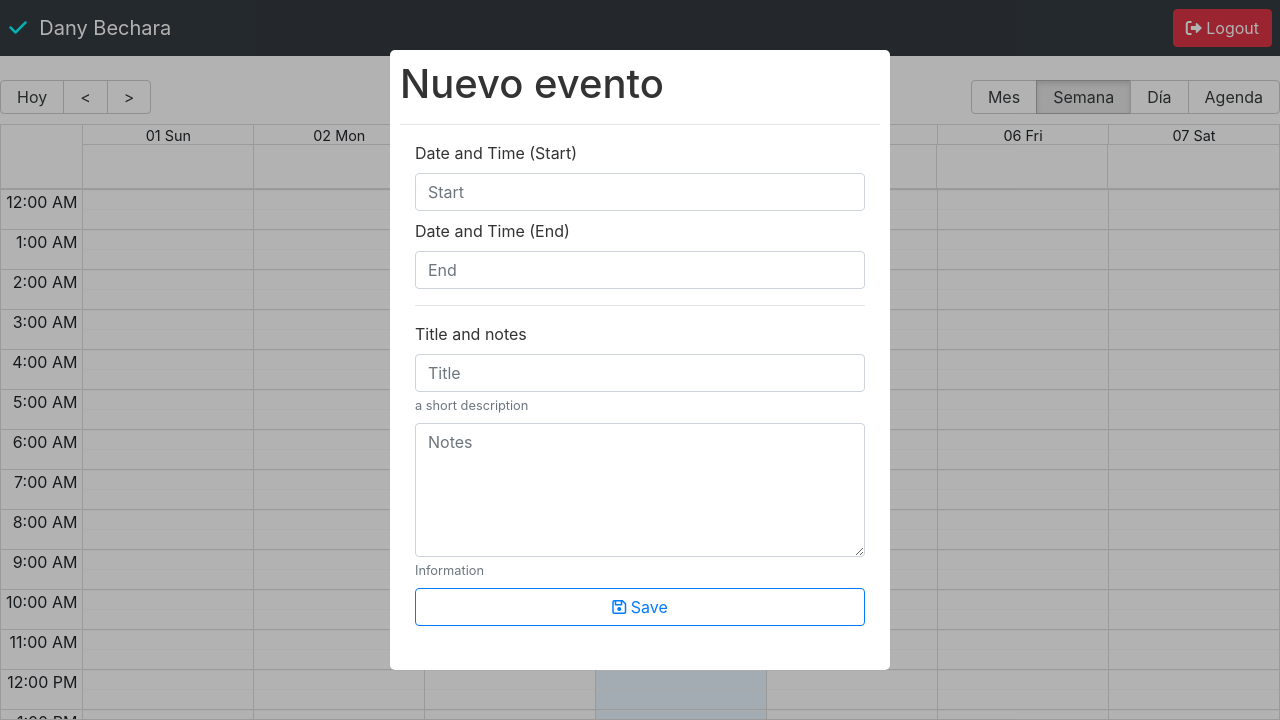
Repository: bechara611/calendar-frontend
Page: /
An editor plug-in stored every save of this project. The page is shown before and after the next save, followed by the edit.
The browser window is 1280 px wide. The pictures show the whole page.
An inner scrolling area shows only its first screen. The project was rebuilt for these pictures with package versions that can differ from the ones it lists, and the page was loaded fresh each time. Also part of the build but not shown: vite.config.js. Imported but missing from the stored project, and not drawn on this page: src/auth.

Above is the page before, as saved 2023-01-05 11:22:40.

After the next save:
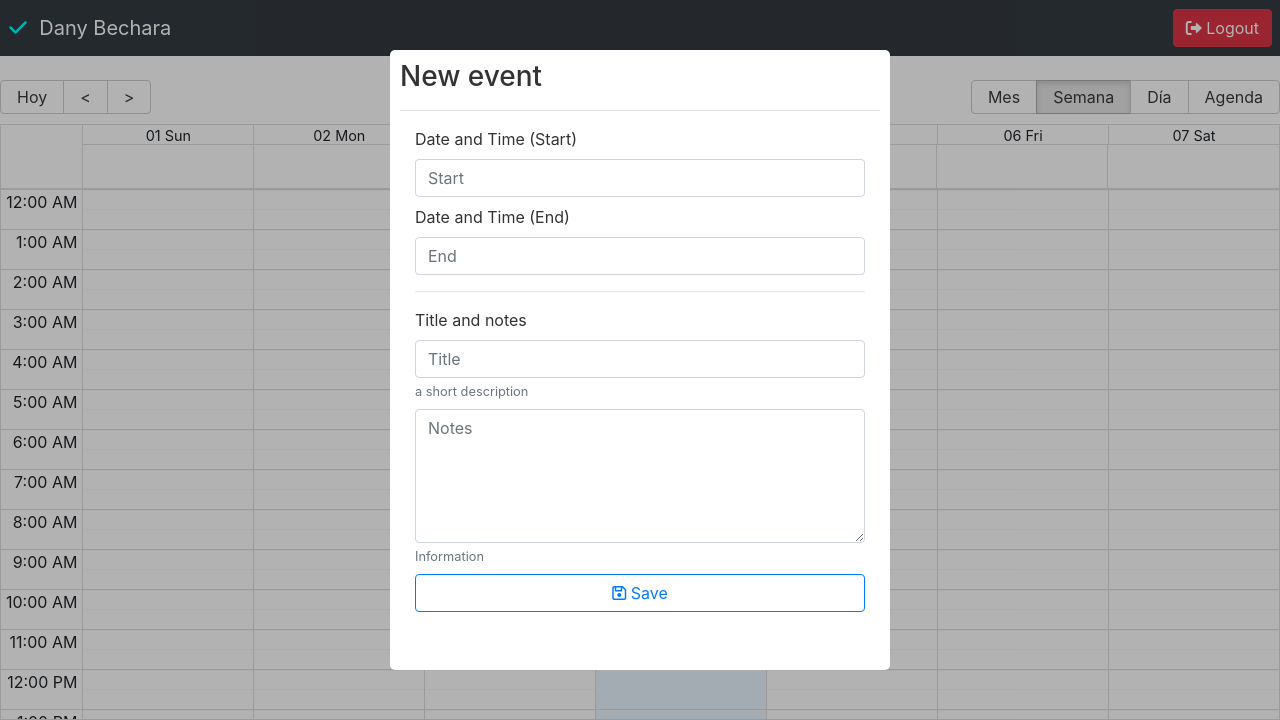
Saved 24 s later.
--- a/src/calendar/components/CalendarModal.jsx
+++ b/src/calendar/components/CalendarModal.jsx
@@ -30,7 +30,7 @@ export const CalendarModal = () => {
                 overlayClassName='modal-fondo'
                 closeTimeoutMS={200}
             >
-                <h1> Nuevo evento </h1>
+                <h3> New event</h3>
                 <hr />
                 <form className="container">
 
